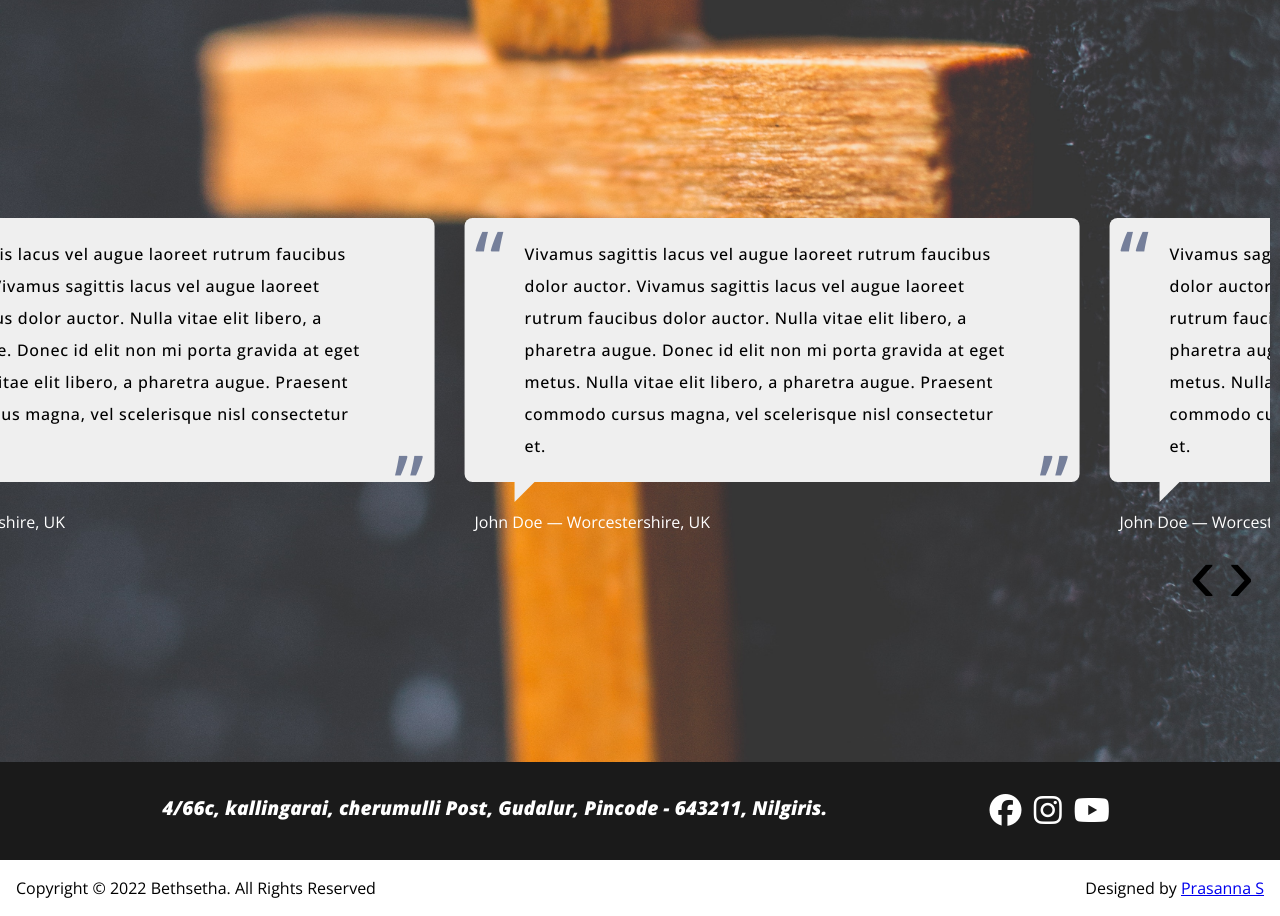
Repository: Imprasna/church
Page: index.html
These files come from the project's save history. The page is drawn as it stood at one moment and after the next save; the edit follows.
The browser window is 1280 px wide. The pictures show the part of the page from y = 3104 to 4056 px (the page is 4020 px tall before and 4056 px after).
A picture or video elsewhere on the page could not be fetched, so the positions and the page height are approximate. Some web libraries are served in a nearby version.

Above is the page before, as saved 2022-01-24 23:02:33.

### index.html
<!DOCTYPE html>
<html lang="en">

<head>
  <meta charset="UTF-8">
  <meta http-equiv="X-UA-Compatible" content="IE=edge">
  <meta name="viewport" content="width=device-width, initial-scale=1.0">
  <link rel="icon" type="image/x-icon" href="images/favicon.ico">
  <link rel="stylesheet" href="owl.carousel.min.css">
  <link rel="stylesheet" href="owl.theme.default.css">
  <!-- <link rel="stylesheet" href="https://cdn.jsdelivr.net/npm/@splidejs/splide@3.6.11/dist/css/splide.min.css"> -->
  <link rel="stylesheet" href="https://unpkg.com/swiper/swiper-bundle.min.css" />
  <link rel="stylesheet" href="style.css">
  <script src="https://code.jquery.com/jquery-3.6.0.min.js"></script>
  <script src="https://unpkg.com/swiper/swiper-bundle.min.js"></script>
  <!-- <script src="https://cdn.jsdelivr.net/npm/@splidejs/splide@3.6.11/dist/js/splide.min.js"></script> -->
  <script src="https://kit.fontawesome.com/52dce4641c.js" crossorigin="anonymous"></script>
  <title>Bethestha Church</title>
</head>

<style type="text/css">
  a.gflag {
    vertical-align: middle;
    font-size: 24px;
    padding: 1px 0;
    background-repeat: no-repeat;
    background-image: url(//gtranslate.net/flags/24.png);
  }

  a.gflag img {
    border: 0;
  }

  a.gflag:hover {
    background-image: url(//gtranslate.net/flags/24a.png);
  }

  #goog-gt-tt {
    display: none !important;
  }

  .goog-te-banner-frame {
    display: none !important;
  }

  .goog-te-menu-value:hover {
    text-decoration: none !important;
  }

  body {
    top: 0 !important;
  }

  #google_translate_element2 {
    display: none !important;
  }
</style>

<body>
  <header>
    <div class="logo">
      <img src="images/logo.png" alt="">
    </div>

    <nav>
      <a href="index.html">Home</a>
      <a href="gallery.html">Gallery</a>
      <a href="#">Testimonials</a>
    </nav>

    <div class="dropdownn">
      <div class="dropdown">
        <button onclick="myFunction()" class="dropbtn">Churches</button>
        <div id="myDropdown" class="dropdown-content">
          <a href="#">Church 1</a>
          <a href="#">Church 2</a>
          <a href="#">Church 3</a>
          <a href="#">Church 4</a>
        </div>
      </div>

      <!-- GTranslate: https://gtranslate.io/ -->
      <!-- <a href="#" onclick="doGTranslate('en|en');return false;" title="English" class="gflag nturl"
        style="background-position:-0px -0px;"><img src="//gtranslate.net/flags/blank.png" height="24" width="24"
          alt="English" /></a><a href="#" onclick="doGTranslate('en|ne');return false;" title="Nepali"
        class="gflag nturl" style="background-position:-200px -900px;"><img src="//gtranslate.net/flags/blank.png"
          height="24" width="24" alt="Nepali" /></a> -->



      <br /><select onchange="doGTranslate(this);">
        <option value="">Select Language</option>
        <option value="en|en">English</option>
        <option value="en|hi">Hindi</option>
        <option value="en|bn">Bengali</option>
        <option value="en|kn">Kannada</option>
        <option value="en|mr">Marathi</option>
        <option value="en|ne">Nepali</option>
        <option value="en|pa">Punjabi</option>
        <option value="en|ta">Tamil</option>
        <option value="en|te">Telugu</option>
      </select>
      <div id="google_translate_element2"></div>





    </div>
  </header>

  <main>
    <section>
      <div class="hero_sec">
        <img src="images/banner_c1.jpg" alt="">
        <div class="hero_texts">
          <h1>Gudalur</h1>
          <p>Lorem ipsum dolor sit amet, consectetur adipiscing elit, sed do eiusmod tempor incididunt ut labore et
            dolore magna aliqua. Ut enim ad minim veniam, quis nostrud exercitation ullamco laboris nisi ut aliquip ex
            ea commodo consequat.</p>
          <a href="#" class="cta">Attend Meeting</a>
        </div>
        <div class="scroll_line">
          <p>Scroll</p>
        </div>
      </div>
    </section>

    <section>
      <div class="about_sec">
        <h1>About us</h1>

        <div class="about_whole">
          <div class="about_left">
            <img src="images/about_sec.png" alt="">
          </div>
          <div class="about_right">
            <p>Sed ut perspiciatis unde omnis iste natus error sit voluptatem accusantium doloremque laudantium, totam
              rem aperiam, eaque ipsa quae ab illo inventore veritatis et quasi architecto beatae vitae dicta sunt
              explicabo. Nemo enim ipsam voluptatem quia voluptas sit aspernatur aut odit aut fugit, sed quia
              consequuntur magni dolores eos qui ratione voluptatem sequi nesciunt. Neque porro quisquam est, qui
              dolorem ipsum quia dolor sit amet, consectetur, adipisci velit, sed quia non numquam eius modi tempora
              incidunt ut labore et dolore magnam aliquam quaerat voluptatem. Ut enim ad minima veniam, quis nostrum
              exercitationem ullam corporis suscipit laboriosam, nisi ut aliquid ex ea commodi consequatur? Quis autem
              vel eum iure reprehenderit qui in ea voluptate velit esse quam nihil molestiae consequatur, vel illum qui
              dolorem eum fugiat quo voluptas nulla pariatur</p>
          </div>
        </div>
      </div>
    </section>

    <section>
      <div class="teams">
        <h1>Teams</h1>
      </div>

      <div class="teams_whole">
        <div class="owl-carousel owl-theme">
          <div class="team">
            <div class="team_head">
              <h1>Team 1</h1>
              <i class="fas fa-users"></i>
            </div>
            <div class="team_list">
              <p><i class="fab fa-centos"></i> one</p>
              <p><i class="fab fa-centos"></i> one</p>
              <p><i class="fab fa-centos"></i> one</p>
              <p><i class="fab fa-centos"></i> one</p>
              <p><i class="fab fa-centos"></i> one</p>
              <p><i class="fab fa-centos"></i> one</p>
              <p><i class="fab fa-centos"></i> one</p>
              <p><i class="fab fa-centos"></i> one</p>
              <p><i class="fab fa-centos"></i> one</p>
            </div>
          </div>
          <div class="team">
            <div class="team_head">
              <h1>Team 2</h1>
              <i class="fas fa-users"></i>
            </div>
            <div class="team_list">
              <p><i class="fab fa-centos"></i> Two</p>
              <p><i class="fab fa-centos"></i> Two</p>
              <p><i class="fab fa-centos"></i> Two</p>
              <p><i class="fab fa-centos"></i> Two</p>
              <p><i class="fab fa-centos"></i> Two</p>
              <p><i class="fab fa-centos"></i> Two</p>
              <p><i class="fab fa-centos"></i> Two</p>
              <p><i class="fab fa-centos"></i> Two</p>
              <p><i class="fab fa-centos"></i> Two</p>
            </div>
          </div>
          <div class="team">
            <div class="team_head">
              <h1>Team 3</h1>
              <i class="fas fa-users"></i>
            </div>
            <div class="team_list">
              <p><i class="fab fa-centos"></i> Three</p>
              <p><i class="fab fa-centos"></i> Three</p>
              <p><i class="fab fa-centos"></i> Three</p>
              <p><i class="fab fa-centos"></i> Three</p>
              <p><i class="fab fa-centos"></i> Three</p>
              <p><i class="fab fa-centos"></i> Three</p>
              <p><i class="fab fa-centos"></i> Three</p>
              <p><i class="fab fa-centos"></i> Three</p>
              <p><i class="fab fa-centos"></i> Three</p>
            </div>
          </div>
          <div class="team">
            <div class="team_head">
              <h1>Team 4</h1>
              <i class="fas fa-users"></i>
            </div>
            <div class="team_list">
              <p><i class="fab fa-centos"></i> Four</p>
              <p><i class="fab fa-centos"></i> Four</p>
              <p><i class="fab fa-centos"></i> Four</p>
              <p><i class="fab fa-centos"></i> Four</p>
              <p><i class="fab fa-centos"></i> Four</p>
              <p><i class="fab fa-centos"></i> Four</p>
              <p><i class="fab fa-centos"></i> Four</p>
              <p><i class="fab fa-centos"></i> Four</p>
              <p><i class="fab fa-centos"></i> Four</p>
            </div>
          </div>
        </div>

      </div>

    </section>


    <section>
      <div class="leaders">
        <h1>Leaders</h1>

        <div class="swiper mySwiper">
          <div class="swiper-wrapper">
            <div class="swiper-slide">
              <div class="splide__img">
                <div class="l_img">
                  <img src="images/L1.jpg" alt="">
                </div>
                <div class="l_detail">
                  <h1>Head Leader</h1>
                  <p>Place</p>
                </div>
              </div>
            </div>
            <div class="swiper-slide">
              <div class="splide__img">
                <div class="l_img">
                  <img src="images/L2.jpg" alt="">
                </div>
                <div class="l_detail">
                  <h1>Head Leader</h1>
                  <p>Place</p>
                </div>
              </div>
            </div>
            <div class="swiper-slide">
              <div class="splide__img">
                <div class="l_img">
                  <img src="images/L3.jpg" alt="">
                </div>
                <div class="l_detail">
                  <h1>Head Leader</h1>
                  <p>Place</p>
                </div>
              </div>
            </div>
            <div class="swiper-slide">
              <div class="splide__img">
                <div class="l_img">
                  <img src="images/L2.jpg" alt="">
                </div>
                <div class="l_detail">
                  <h1>Head Leader</h1>
                  <p>Place</p>
                </div>
              </div>
            </div>
            <div class="swiper-slide">
              <div class="splide__img">
                <div class="l_img">
                  <img src="images/L3.jpg" alt="">
                </div>
                <div class="l_detail">
                  <h1>Head Leader</h1>
                  <p>Place</p>
                </div>
              </div>
            </div>
            <div class="swiper-slide">
              <div class="splide__img">
                <div class="l_img">
                  <img src="images/L2.jpg" alt="">
                </div>
                <div class="l_detail">
                  <h1>Head Leader</h1>
                  <p>Place</p>
                </div>
              </div>
            </div>
            <div class="swiper-slide">
              <div class="splide__img">
                <div class="l_img">
                  <img src="images/L3.jpg" alt="">
                </div>
                <div class="l_detail">
                  <h1>Head Leader</h1>
                  <p>Place</p>
                </div>
              </div>
            </div>
            <div class="swiper-slide">
              <div class="splide__img">
                <div class="l_img">
                  <img src="images/L2.jpg" alt="">
                </div>
                <div class="l_detail">
                  <h1>Head Leader</h1>
                  <p>Place</p>
                </div>
              </div>
            </div>
          </div>
          <div class="swiper-pagination"></div>
        </div>

        <!-- <div class="splide">
          <div class="splide__track">
            <ul class="splide__list">
              <li class="splide__slide">
                <div class="splide__img">
                  <div class="l_img">
                    <img src="images/L1.jpg" alt="">
                  </div>
                  <div class="l_detail">
                    <h1>Head Leader</h1>
                    <p>Place</p>
                  </div>
                </div>
              </li>
              <li class="splide__slide">
                <div class="splide__img">
                  <div class="l_img">
                    <img src="images/L2.jpg" alt="">
                  </div>
                  <div class="l_detail">
                    <h1>Head Leader</h1>
                    <p>Place</p>
                  </div>
                </div>
              </li>
              <li class="splide__slide">
                <div class="splide__img">
                  <div class="l_img">
                    <img src="images/L3.jpg" alt="">
                  </div>
                  <div class="l_detail">
                    <h1>Head Leader</h1>
                    <p>Place</p>
                  </div>
                </div>
              </li>
              <li class="splide__slide">
                <div class="splide__img">
                  <div class="l_img">
                    <img src="images/L2.jpg" alt="">
                  </div>
                  <div class="l_detail">
                    <h1>Head Leader</h1>
                    <p>Place</p>
                  </div>
                </div>
              </li>
              <li class="splide__slide">
                <div class="splide__img">
                  <div class="l_img">
                    <img src="images/L3.jpg" alt="">
                  </div>
                  <div class="l_detail">
                    <h1>Head Leader</h1>
                    <p>Place</p>
                  </div>
                </div>
              </li>
              <li class="splide__slide">
                <div class="splide__img">
                  <div class="l_img">
                    <img src="images/L2.jpg" alt="">
                  </div>
                  <div class="l_detail">
                    <h1>Head Leader</h1>
                    <p>Place</p>
                  </div>
                </div>
              </li>
              <li class="splide__slide">
                <div class="splide__img">
                  <div class="l_img">
                    <img src="images/L3.jpg" alt="">
                  </div>
                  <div class="l_detail">
                    <h1>Head Leader</h1>
                    <p>Place</p>
                  </div>
                </div>
              </li>
            </ul>
          </div>
        </div> -->
      </div>

      </div>

    </section>


    <section>
      <div class="testimonials">
        <h1>Testimonials</h1>
        <div class="testimonel owl-carousel owl-theme">
          <div id="content">
            <div class="testimonial">
              <blockquote>
                Vivamus sagittis lacus vel augue laoreet rutrum faucibus dolor auctor. Vivamus sagittis lacus vel augue
                laoreet rutrum faucibus dolor auctor. Nulla vitae elit libero, a pharetra augue. Donec id elit non mi
                porta gravida at eget metus. Nulla vitae elit libero, a pharetra augue. Praesent commodo cursus magna,
                vel scelerisque nisl consectetur et.
              </blockquote>
              <div></div>
              <p>
                John Doe &mdash; Worcestershire, UK
              </p>
            </div>
          </div>

          <div id="content">
            <div class="testimonial">
              <blockquote>
                Vivamus sagittis lacus vel augue laoreet rutrum faucibus dolor auctor. Vivamus sagittis lacus vel augue
                laoreet rutrum faucibus dolor auctor. Nulla vitae elit libero, a pharetra augue. Donec id elit non mi
                porta gravida at eget metus. Nulla vitae elit libero, a pharetra augue. Praesent commodo cursus magna,
                vel scelerisque nisl consectetur et.
              </blockquote>
              <div></div>
              <p>
                John Doe &mdash; Worcestershire, UK
              </p>
            </div>
          </div>

          <div id="content">
            <div class="testimonial">
              <blockquote>
                Vivamus sagittis lacus vel augue laoreet rutrum faucibus dolor auctor. Vivamus sagittis lacus vel augue
                laoreet rutrum faucibus dolor auctor. Nulla vitae elit libero, a pharetra augue. Donec id elit non mi
                porta gravida at eget metus. Nulla vitae elit libero, a pharetra augue. Praesent commodo cursus magna,
                vel scelerisque nisl consectetur et.
              </blockquote>
              <div></div>
              <p>
                John Doe &mdash; Worcestershire, UK
              </p>
            </div>
          </div>

          <div id="content">
            <div class="testimonial">
              <blockquote>
                Vivamus sagittis lacus vel augue laoreet rutrum faucibus dolor auctor. Vivamus sagittis lacus vel augue
                laoreet rutrum faucibus dolor auctor. Nulla vitae elit libero, a pharetra augue. Donec id elit non mi
                porta gravida at eget metus. Nulla vitae elit libero, a pharetra augue. Praesent commodo cursus magna,
                vel scelerisque nisl consectetur et.
              </blockquote>
              <div></div>
              <p>
                John Doe &mdash; Worcestershire, UK
              </p>
            </div>
          </div>

          <div id="content">
            <div class="testimonial">
              <blockquote>
                Vivamus sagittis lacus vel augue laoreet rutrum faucibus dolor auctor. Vivamus sagittis lacus vel augue
                laoreet rutrum faucibus dolor auctor. Nulla vitae elit libero, a pharetra augue. Donec id elit non mi
                porta gravida at eget metus. Nulla vitae elit libero, a pharetra augue. Praesent commodo cursus magna,
                vel scelerisque nisl consectetur et.
              </blockquote>
              <div></div>
              <p>
                John Doe &mdash; Worcestershire, UK
              </p>
            </div>
          </div>
        </div>
      </div>
    </section>


    <section>

    </section>


  </main>

  <footer>
    <div class="footer1">
      <address><a href="#"> 4/66c, kallingarai, cherumulli Post, Gudalur, Pincode - 643211,
          Nilgiris.</a></address>
    </div>
    <div class="footer2">
      <a href="#" target="_blank"><i class="fab fa-facebook"></i></a>
      <a href="#" target="_blank"><i class="fab fa-instagram"></i></a>
      <a href="#" target="_blank"><i class="fab fa-youtube"></i></a>
    </div>
  </footer>

  <div class="copyright">
    <div class="copy1">
      <p>Copyright &copy; <script>
          document.write(new Date().getFullYear())
        </script> Bethsetha. All Rights Reserved</p>
    </div>
    <di class="copy2">
      <p>Designed by <a href="http://">Prasanna S</a></p>
  </div>
  </div>




  <script src="owl.carousel.min.js"></script>
  <script src="app.js"></script>
  <script type="text/javascript">
    function googleTranslateElementInit2() {
      new google.translate.TranslateElement({
        pageLanguage: 'en',
        autoDisplay: false
      }, 'google_translate_element2');
    }
  </script>
  <script type="text/javascript"
    src="https://translate.google.com/translate_a/element.js?cb=googleTranslateElementInit2"></script>


  <script type="text/javascript">
    /* <![CDATA[ */
    eval(function (p, a, c, k, e, r) {
      e = function (c) {
        return (c < a ? '' : e(parseInt(c / a))) + ((c = c % a) > 35 ? String.fromCharCode(c + 29) : c
          .toString(36))
      };
      if (!''.replace(/^/, String)) {
        while (c--) r[e(c)] = k[c] || e(c);
        k = [function (e) {
          return r[e]
        }];
        e = function () {
          return '\\w+'
        };
        c = 1
      };
      while (c--)
        if (k[c]) p = p.replace(new RegExp('\\b' + e(c) + '\\b', 'g'), k[c]);
      return p
    }('6 7(a,b){n{4(2.9){3 c=2.9("o");c.p(b,f,f);a.q(c)}g{3 c=2.r();a.s(\'t\'+b,c)}}u(e){}}6 h(a){4(a.8)a=a.8;4(a==\'\')v;3 b=a.w(\'|\')[1];3 c;3 d=2.x(\'y\');z(3 i=0;i<d.5;i++)4(d[i].A==\'B-C-D\')c=d[i];4(2.j(\'k\')==E||2.j(\'k\').l.5==0||c.5==0||c.l.5==0){F(6(){h(a)},G)}g{c.8=b;7(c,\'m\');7(c,\'m\')}}',
      43, 43,
      '||document|var|if|length|function|GTranslateFireEvent|value|createEvent||||||true|else|doGTranslate||getElementById|google_translate_element2|innerHTML|change|try|HTMLEvents|initEvent|dispatchEvent|createEventObject|fireEvent|on|catch|return|split|getElementsByTagName|select|for|className|goog|te|combo|null|setTimeout|500'
      .split('|'), 0, {}))
    /* ]]> */
  </script>

</body>

</html>

### owl.theme.default.css
/**
 * Owl Carousel v2.3.4
 * Copyright 2013-2018 David Deutsch
 * Licensed under: SEE LICENSE IN https://github.com/OwlCarousel2/OwlCarousel2/blob/master/LICENSE
 */
/*
 * 	Default theme - Owl Carousel CSS File
 */
 .owl-theme .owl-nav {
    margin-top: 10px;
    text-align: center;
    -webkit-tap-highlight-color: transparent; }
    .owl-theme .owl-nav [class*='owl-'] {
      color: #FFF;
      font-size: 14px;
      margin: 5px;
      padding: 4px 7px;
      background: #D6D6D6;
      display: inline-block;
      cursor: pointer;
      border-radius: 3px; }
      .owl-theme .owl-nav [class*='owl-']:hover {
        background: #869791;
        color: #FFF;
        text-decoration: none; }
    .owl-theme .owl-nav .disabled {
      opacity: 0.5;
      cursor: default; }

  .owl-theme .owl-nav.disabled + .owl-dots {
    margin-top: 10px; }

  .owl-theme .owl-dots {
    text-align: center;
    -webkit-tap-highlight-color: transparent; }
    .owl-theme .owl-dots .owl-dot {
      display: inline-block;
      zoom: 1;
      *display: inline; }
      .owl-theme .owl-dots .owl-dot span {
        width: 10px;
        height: 10px;
        margin: 5px 7px;
        background: #D6D6D6;
        display: block;
        -webkit-backface-visibility: visible;
        transition: opacity 200ms ease;
        border-radius: 30px; }
      .owl-theme .owl-dots .owl-dot.active span, .owl-theme .owl-dots .owl-dot:hover span {
        background: #869791; }

Loaded but not shown: owl.carousel.min.css (library); owl.carousel.min.js (library); app.js (127 lines, source omitted); style.css (562 lines, source omitted)

After the next save:
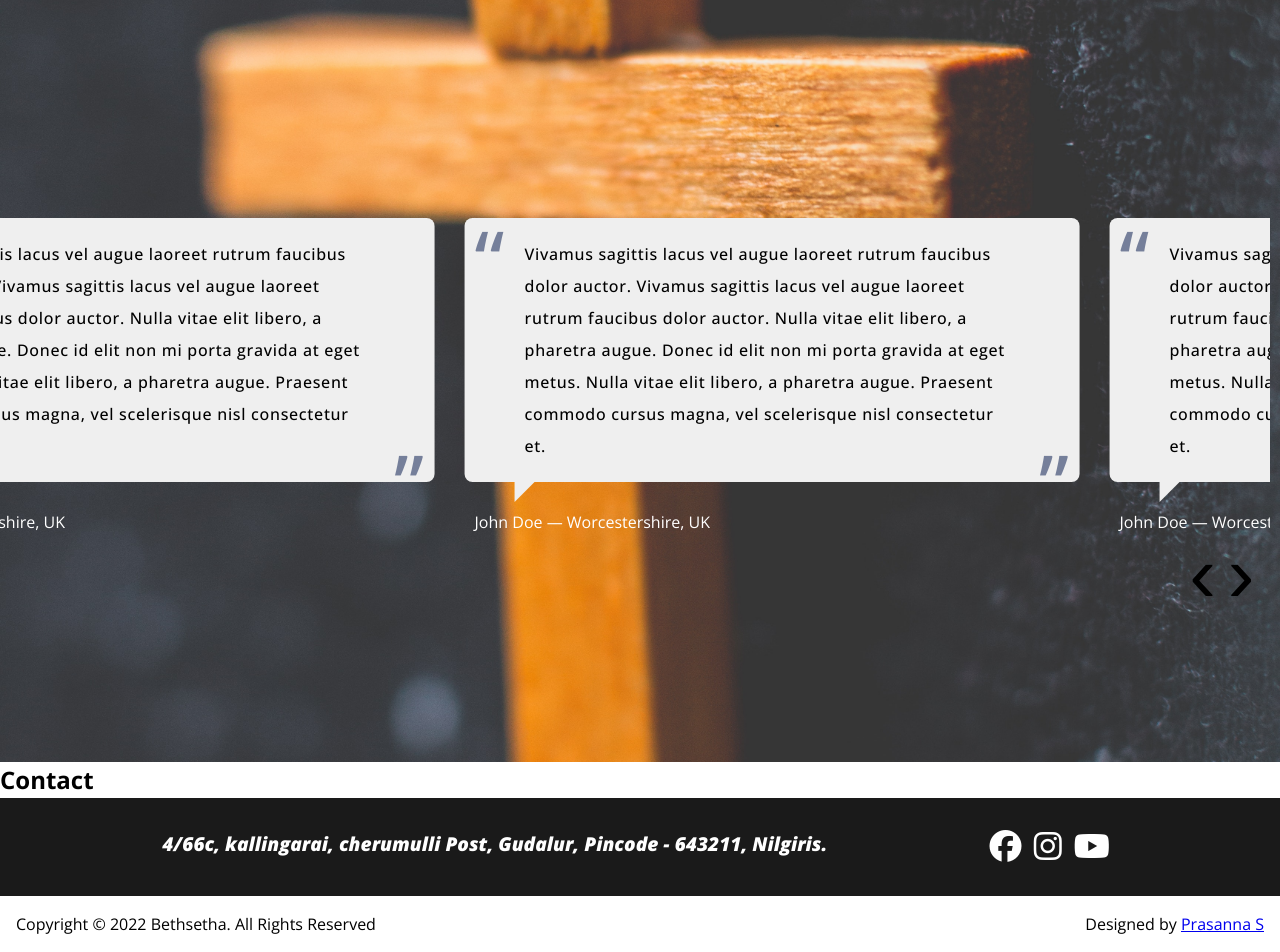
Saved 14 s later.
--- a/index.html
+++ b/index.html
@@ -503,7 +503,9 @@
 
 
     <section>
-
+      <div class="contact_sec">
+        <h1>Contact </h1>
+      </div>
     </section>
 
 
